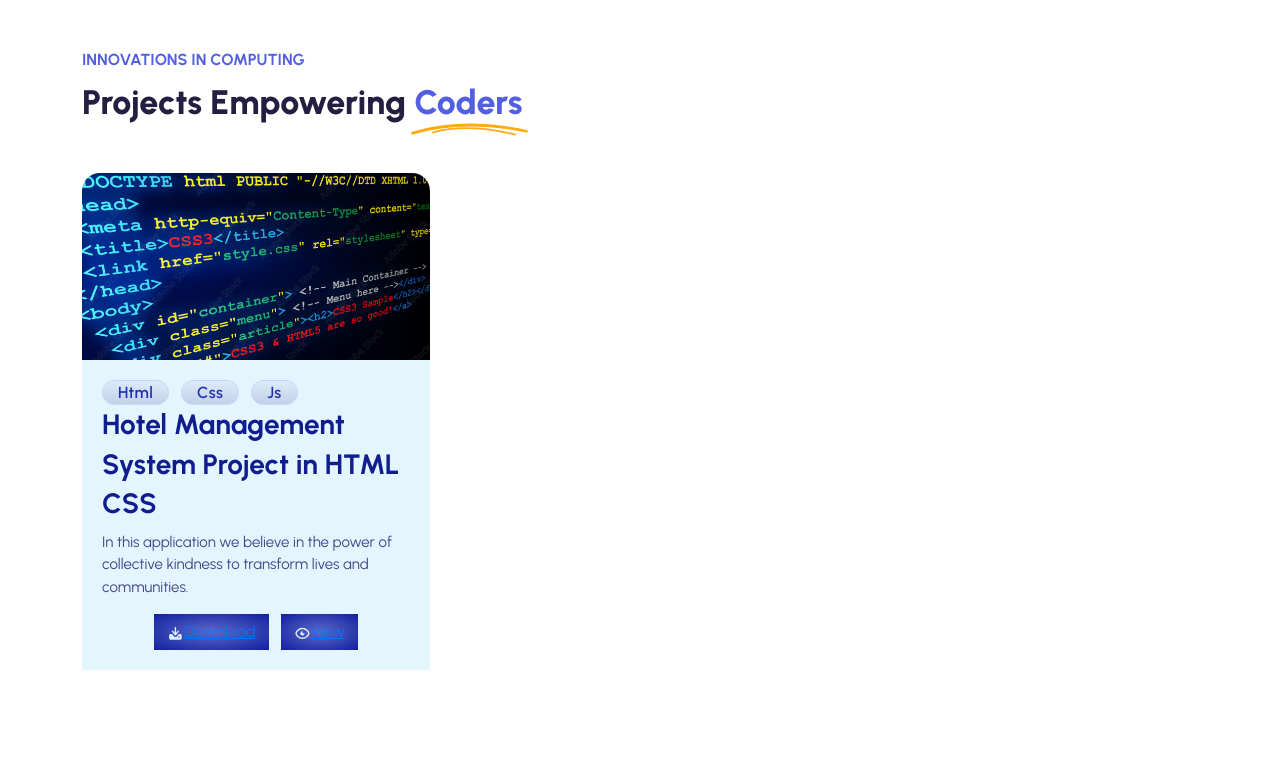
Repository: sharma171/jtccreativeideas
Page: /newsection (app in nextjssite/)
These files come from the project's save history. The page is drawn as it stood at one moment and after the next save; the edit follows.
The browser window is 1280 px wide. The pictures show the whole page.
The project was rebuilt for these pictures with package versions that can differ from the ones it lists, and the page was loaded fresh each time. The framework's server and built-in components were replaced by stand-ins that run in the browser. Also part of the build but not shown: nextjssite/next.config.mjs.

Above is the page before, as saved 2024-03-28 14:22:25.

After the next save:
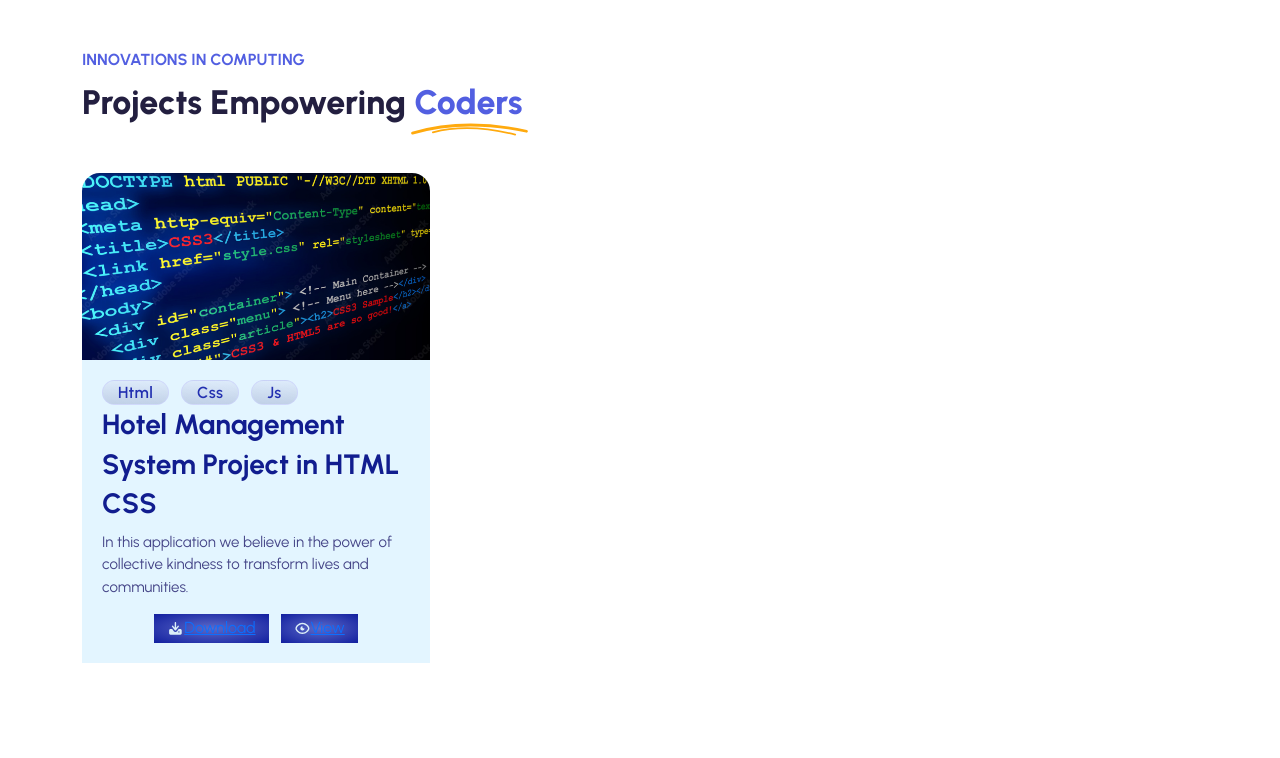
Saved 7 s later.
--- a/nextjssite/src/app/newsection/page.css
+++ b/nextjssite/src/app/newsection/page.css
@@ -107,4 +107,5 @@
     background: radial-gradient(#5C6AC8, #121F9F);
     padding: 6px 13px;
     font-size: 16px;
+    line-height: 12px;
 }

After the save that followed:
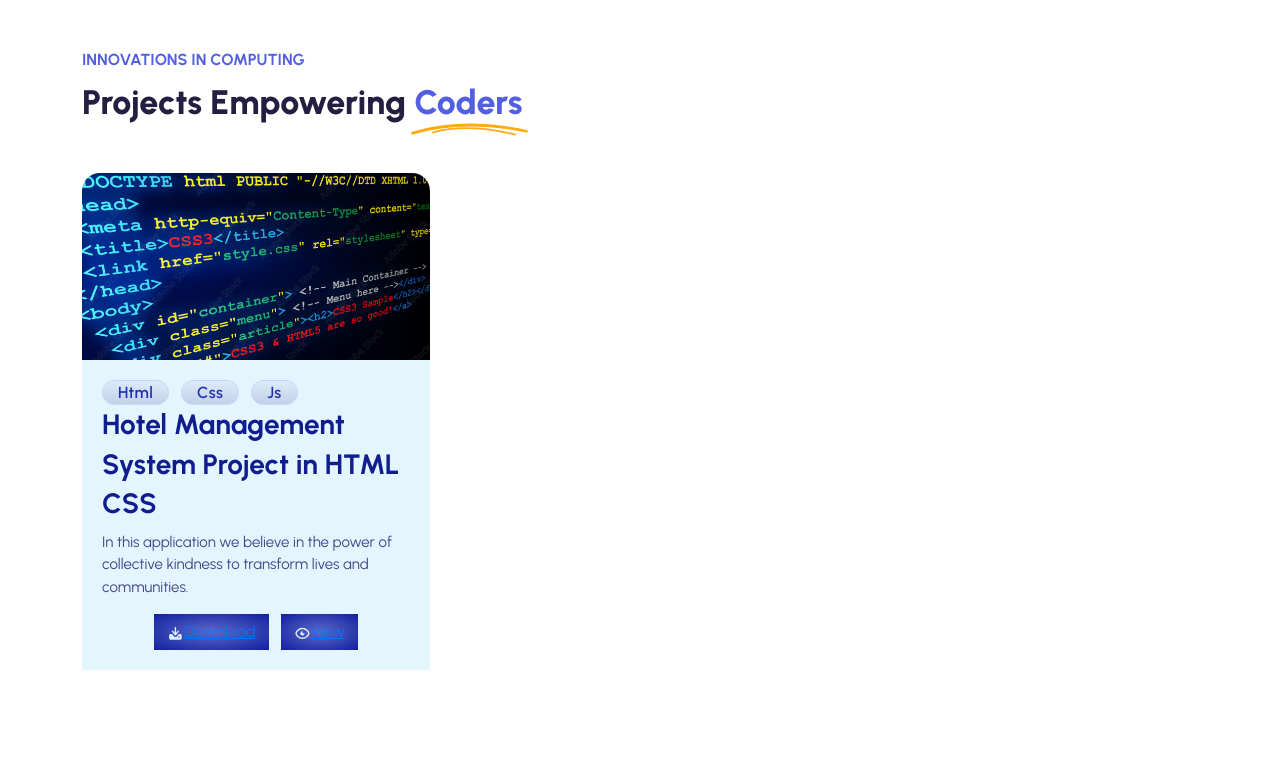
Saved 6 s later.
--- a/nextjssite/src/app/newsection/page.css
+++ b/nextjssite/src/app/newsection/page.css
@@ -107,5 +107,5 @@
     background: radial-gradient(#5C6AC8, #121F9F);
     padding: 6px 13px;
     font-size: 16px;
-    line-height: 12px;
+    line-height: 1.5em;
 }
